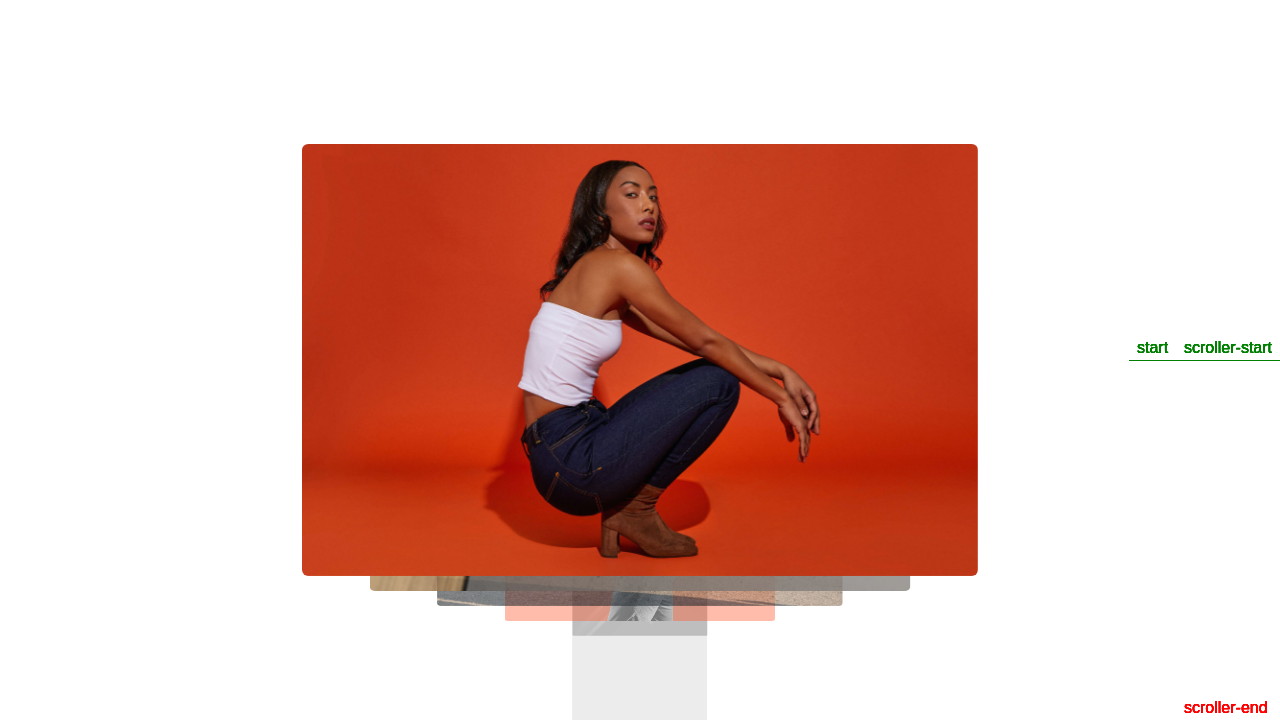
Repository: lwygold/motion
Page: layout/이미지 위로 계속 올라가는레이아웃.html
The author's editor kept a copy of each file at every save. The page is drawn from the files as they stood at one save, then again after the next save.
The browser window is 1280 px wide. The pictures show the window.
Pictures or frames that could not be fetched are drawn as grey boxes. A layer covers the whole window, so only the first screen is drawn.

Above is the page before, as saved 2023-02-20 17:38:48.

### layout/이미지 위로 계속 올라가는레이아웃.html
<!DOCTYPE html>
<html lang="ko">

<head>
    <meta http-equiv="Content-Type" content="text/html;charset=utf-8" />
    <meta name="viewport" content="width=device-width, user-scalable=no, target-densitydpi=medium-dpi" />
    <meta name="apple-mobile-web-app-capable" content="yes" />
    <meta name="format-detection" content="telephone=no" />
    <meta http-equiv="X-UA-Compatible" content="IE=edge" />
    <meta http-equiv="x-rim-auto-match" content="none" />
    <link rel="shortcut icon" href="./images/favicon.ico" />
    <link rel="stylesheet" type="text/css" href="../assets/css/slick.css" />
    <link rel="stylesheet" type="text/css" href="../assets/css/common.css" />
    <link rel="stylesheet" type="text/css" href="../assets/css/main.css" />
    <link rel="stylesheet" type="text/css" href="../assets/css/sub.css" />
    <title>테스트</title>
    <script src="../assets/js/jquery-3.3.1.min.js"></script>
    <script src="../assets/js/jquery-ui.min.js"></script>
    <script src="../assets/js/slick.min.js"></script>
    <script src="../assets/js/gsap.js"></script>
    <script src="../assets/js/gsap_scroll_trigger.js"></script>
    <script src="../assets/js/green.js"></script>
    <script src="../assets/js/common.js"></script>
    <script src="../assets/js/main.js"></script>
    <script src="../assets/js/sub.js"></script>
</head>

<style>
    section {
        width: 100vw;
        height: 100vh;
    }

    section ul {
        align-items: center;
        display: flex;
        height: 100%;
        justify-content: center;
        left: 0;
        position: fixed;
        top: 0;
        width: 100%;
        max-height: 100vh;
    }

    section ul li {
        border-radius: 0.4861111111vw;
        cursor: pointer;
        height: 60vh;
        overflow: hidden;
        position: absolute;
        -webkit-transform-origin: bottom;
        transform-origin: bottom;
        width: 52.7777777744vw;
        will-change: transform, opacity;
    }



    section ul li:nth-child(1) {
        z-index: 5;
    }

    section ul li:nth-child(2) {
        z-index: 4;
    }

    section ul li:nth-child(3) {
        z-index: 3;
    }

    section ul li:nth-child(4) {
        z-index: 2;
    }

    section ul li:nth-child(5) {
        z-index: 1;
    }


    section ul li div {
        height: 100%;
        -webkit-transform: none;
        transform: none;
        transition: -webkit-transform 1.2s cubic-bezier(.165, .84, .44, 1);
        transition: transform 1.2s cubic-bezier(.165, .84, .44, 1);
        transition: transform 1.2s cubic-bezier(.165, .84, .44, 1), -webkit-transform 1.2s cubic-bezier(.165, .84, .44, 1);
        width: 100%;
        will-change: transform;
    }

    section ul li div img {
        height: 100%;
        -o-object-fit: cover;
        object-fit: cover;
        -o-object-position: center;
        object-position: center;
        width: 100%;
        -webkit-transform: none;
        transform: none;
        -webkit-transform-origin: center;
        transform-origin: center;
        transition: -webkit-transform 1.6s cubic-bezier(.165, .84, .44, 1);
        transition: transform 1.6s cubic-bezier(.165, .84, .44, 1);
        transition: transform 1.6s cubic-bezier(.165, .84, .44, 1), -webkit-transform 1.6s cubic-bezier(.165, .84, .44, 1);
        width: 100%;
        will-change: transform;
    }

    section ul li div img:hover {
        -webkit-transform: scale(1.1);
        transform: scale(1.1);
    }
</style>

<body>

    <section class="s1">
        <ul>
            <li class="panel s1-1 panel_first">
                <div>
                    <img src="./images/1.jpg" alt="">
                </div>
            </li>
            <li class="panel s1-2">
                <div>
                    <img src="./images/2.jpg" alt="">
                </div>
            </li>
            <li class="panel s1-3">
                <div>
                    <img src="./images/3.jpg" alt="">
                </div>
            </li>
            <li class="panel s1-4">
                <div>
                    <img src="./images/4.jpg" alt="">
                </div>
            </li>
            <li class="panel s1-5">
                <div>
                    <img src="./images/5.jpg" alt="">
                </div>
            </li>
            <li class="panel s1-6">
                <div>
                    <img src="./images/6.jpg" alt="">
                </div>
            </li>
            <li class="panel s1-7">
                <div>
                    <img src="./images/6.jpg" alt="">
                </div>
            </li>
        </ul>
    </section>


    <script>

        const $ul = $('ul');
        const $li = $('ul li');
        const li_cnt = $('ul li').length;

        $li.each((i, e) => {
            $(e).css("transform", "translateY(" + i * 15 + "px) scale(" + (1 - (0.1 * (i * (2)))) + ")");
            $(e).css("opacity", 1 - (0.1 * (i * (2))));
            $(e).attr("filter", "grayscale(" + i * 33 + "%);");
        });



        $(function () {

            gsap.registerPlugin(ScrollTrigger);

            let panels = gsap.utils.toArray(".panel");

            let tl1 = gsap.timeline({
                scrollTrigger: {
                    trigger: $ul,
                    start: "center center",
                    end: () => innerHeight * 3,
                    pin: true,
                    scrub: true,
                    markers: true,
                }
            });

            let tl2 = gsap.timeline({
                scrollTrigger: {
                    trigger: 'section',
                    start: "center center",
                    end: () => innerHeight * 1.5,
                    scrub: true,
                    markers: true,
                }
            });

            let tl3 = gsap.timeline({
                scrollTrigger: {
                    trigger: 'section',
                    start: "center center",
                    end: () => innerHeight * 1.5,
                    scrub: true,
                    markers: true,
                }
            });

            let tl4 = gsap.timeline({
                scrollTrigger: {
                    trigger: 'section',
                    start: "center center",
                    end: () => innerHeight * 1.5,
                    scrub: true,
                    markers: true,
                }
            });

            let tl5 = gsap.timeline({
                scrollTrigger: {
                    trigger: 'section',
                    start: "center center",
                    end: () => innerHeight * 1.5,
                    scrub: true,
                    markers: true,
                }
            });

            let tl6 = gsap.timeline({
                scrollTrigger: {
                    trigger: 'section',
                    start: "center center",
                    end: () => innerHeight * 2,
                    scrub: true,
                    markers: true,
                }
            });

            panels.forEach((panel, i) => {

                tl1.to(panel, {
                    yPercent: -150,
                });

                tl2.to('section ul li:nth-child('+(i+1)+')', {
                    y:0,
                    opacity:1,
                    scale: 1,
                });

                tl3.to('section ul li:nth-child('+(i+2)+')', {
                    y: 15+"px",
                    opacity:0.8,
                    scale: 0.8,
                });

                tl4.to('section ul li:nth-child('+(i+3)+')', {
                    y: 30+"px",
                    opacity:0.6,
                    scale: 0.6,
                });

                tl5.to('section ul li:nth-child('+(i+4)+')', {
                    y: 45+"px",
                    opacity:0.4,
                    scale: 0.4,
                });

                tl6.to('section ul li:nth-child('+(i+5)+')', {
                    y: 60+"px",
                    opacity:0.2,
                    scale: 0.2,
                });


            });
















        });

    </script>
</body>

</html>

### assets/css/common.css
@charset "utf-8";

@font-face {
  font-family: "NotoSansKR";
  font-style: normal;
  font-weight: 100;
  src: url(fonts/NotoSansKR-ExtraLight.woff) format("woff");
}

@font-face {
  font-family: "NotoSansKR";
  font-style: normal;
  font-weight: 200;
  src: url(fonts/NotoSansKR-Light.woff) format("woff");
}

@font-face {
  font-family: "NotoSansKR";
  font-style: normal;
  font-weight: 300;
  src: url(fonts/NotoSansKR-DemiLight.woff) format("woff");
}

@font-face {
  font-family: "NotoSansKR";
  font-style: normal;
  font-weight: 400;
  src: url(fonts/NotoSansKR-Regular.woff) format("woff");
}

@font-face {
  font-family: "NotoSansKR";
  font-style: normal;
  font-weight: 500;
  src: url(fonts/NotoSansKR-Medium.woff) format("woff");
}

@font-face {
  font-family: "NotoSansKR";
  font-style: normal;
  font-weight: 600;
  src: url(fonts/NotoSansKR-Bold.woff) format("woff");
}

@font-face {
  font-family: "NotoSansKR";
  font-style: normal;
  font-weight: 700;
  src: url(fonts/NotoSansKR-Bold-Hestia.woff) format("woff");
}

@font-face {
  font-family: "NotoSansKR";
  font-style: normal;
  font-weight: 800;
  src: url(fonts/NotoSansKR-Black-Hestia.woff) format("woff");
}

@font-face {
  font-family: "Montserrat";
  font-style: normal;
  font-weight: 100;
  src: url(fonts/Montserrat-ExtraLight.woff) format("woff");
}

@font-face {
  font-family: "Montserrat";
  font-style: normal;
  font-weight: 200;
  src: url(fonts/Montserrat-Light.woff) format("woff");
}

@font-face {
  font-family: "Montserrat";
  font-style: normal;
  font-weight: 300;
  src: url(fonts/Montserrat-Regular.woff) format("woff");
}

@font-face {
  font-family: "Montserrat";
  font-style: normal;
  font-weight: 400;
  src: url(fonts/Montserrat-Regular.woff) format("woff");
}

@font-face {
  font-family: "Montserrat";
  font-style: normal;
  font-weight: 500;
  src: url(fonts/Montserrat-Medium.woff) format("woff");
}

@font-face {
  font-family: "Montserrat";
  font-style: normal;
  font-weight: 600;
  src: url(fonts/Montserrat-Bold.woff) format("woff");
}

@font-face {
  font-family: "Montserrat";
  font-style: normal;
  font-weight: 700;
  src: url(fonts/Montserrat-ExtraBold.woff) format("woff");
}

@font-face {
  font-family: "Montserrat";
  font-style: normal;
  font-weight: 800;
  src: url(fonts/Montserrat-ExtraBlack.woff) format("woff");
}

@font-face {
  font-family: "Saira";
  font-style: normal;
  font-weight: 100;
  src: url(fonts/Saira-ExtraLight.woff) format("woff");
}

@font-face {
  font-family: "Saira";
  font-style: normal;
  font-weight: 200;
  src: url(fonts/Saira-Light.woff) format("woff");
}

@font-face {
  font-family: "Saira";
  font-style: normal;
  font-weight: 300;
  src: url(fonts/Saira-Regular.woff) format("woff");
}

@font-face {
  font-family: "Saira";
  font-style: normal;
  font-weight: 400;
  src: url(fonts/Saira-Regular.woff) format("woff");
}

@font-face {
  font-family: "Saira";
  font-style: normal;
  font-weight: 500;
  src: url(fonts/Saira-Medium.woff) format("woff");
}

@font-face {
  font-family: "Saira";
  font-style: normal;
  font-weight: 600;
  src: url(fonts/Saira-Bold.woff) format("woff");
}

@font-face {
  font-family: "Saira";
  font-style: normal;
  font-weight: 700;
  src: url(fonts/Saira-ExtraBold.woff) format("woff");
}

@font-face {
  font-family: "Saira";
  font-style: normal;
  font-weight: 800;
  src: url(fonts/Saira-Black.woff) format("woff");
}

@font-face {
  font-family: "NanumSquare";
  font-style: normal;
  font-weight: 200;
  src: url(fonts/NanumSquareL.woff) format("woff");
}

@font-face {
  font-family: "NanumSquare";
  font-style: normal;
  font-weight: 400;
  src: url(fonts/NanumSquareR.woff) format("woff");
}

@font-face {
  font-family: "NanumSquare";
  font-style: normal;
  font-weight: 600;
  src: url(fonts/NanumSquareB.woff) format("woff");
}

@font-face {
  font-family: "NanumSquare";
  font-style: normal;
  font-weight: 700;
  src: url(fonts/NanumSquareEB.woff) format("woff");
}

@font-face {
  font-family: "play";
  font-style: normal;
  font-weight: 400;
  src: url(fonts/Play-Regular.woff) format("woff");
}

@font-face {
  font-family: "play";
  font-style: normal;
  font-weight: 600;
  src: url(fonts/Play-Bold.woff) format("woff");
}

@font-face {
  font-family: "Lovelace";
  font-style: normal;
  font-weight: 100;
  src: url(fonts/Lovelace-ExtraLight.woff) format("woff");
}

@font-face {
  font-family: "Lovelace";
  font-style: normal;
  font-weight: 200;
  src: url(fonts/Lovelace-Light.woff) format("woff");
}

@font-face {
  font-family: "Lovelace";
  font-style: normal;
  font-weight: 400;
  src: url(fonts/Lovelace-Regular.woff) format("woff");
}

@font-face {
  font-family: "Lovelace";
  font-style: normal;
  font-weight: 500;
  src: url(fonts/Lovelace-Medium.woff) format("woff");
}

@font-face {
  font-family: "Lovelace";
  font-style: normal;
  font-weight: 600;
  src: url(fonts/Lovelace-Bold.woff) format("woff");
}

@font-face {
  font-family: "Lovelace";
  font-style: normal;
  font-weight: 700;
  src: url(fonts/Lovelace-ExtraBold.woff) format("woff");
}

* {
  font-family: "NotoSansKR";
  box-sizing: border-box;
}

/* 여백 초기화 */
html,
body,
div,
span,
object,
iframe,
h1,
h2,
h3,
h4,
h5,
h6,
p,
blockquote,
pre,
abbr,
address,
cite,
code,
del,
dfn,
em,
img,
ins,
kbd,
q,
samp,
small,
strong,
sub,
sup,
var,
b,
i,
dl,
dt,
dd,
ol,
ul,
li,
fieldset,
form,
label,
legend,
table,
caption,
tbody,
tfoot,
thead,
tr,
th,
td,
article,
aside,
canvas,
details,
figcaption,
figure,
footer,
header,
hgroup,
menu,
nav,
section,
summary,
time,
mark,
audio,
video {
  margin: 0;
  padding: 0;
  border: 0;
  outline: 0;
  font-size: 100%;
  vertical-align: baseline;
  background: transparent;
}

* {
  -webkit-text-size-adjust: none;
  -moz-text-size-adjust: none;
  -ms-text-size-adjust: none;
}

html,
body {
  position: relative;
  margin: 0 auto;
  height: 100%;
  width: 100%;
}

body {
  line-height: 1;
}

article,
aside,
details,
figcaption,
figure,
footer,
header,
hgroup,
menu,
nav,
section {
  display: block;
}

ul,
li {
  list-style: none;
}

blockquote,
q {
  quotes: none;
}

blockquote:before,
blockquote:after,
q:before,
q:after {
  content: "";
  content: none;
}

a {
  margin: 0;
  padding: 0;
  color: #000;
  font-size: 100%;
  text-decoration: none;
  vertical-align: baseline;
  background: transparent;
}

del {
  text-decoration: line-through;
}

abbr[title],
dfn[title] {
  border-bottom: 1px dotted;
  cursor: help;
}

table {
  border-collapse: collapse;
  border-spacing: 0;
}

/* change border colour to suit your needs */

hr {
  display: block;
  height: 1px;
  border: 0;
  border-top: 1px solid #cccccc;
  margin: 1em 0;
  padding: 0;
}

input,
select {
  vertical-align: middle;
}

/*-------------------------------------------------------------------
    @input style
-------------------------------------------------------------------*/

button {
  -webkit-appearance: none;
  appearance: none;
  -webkit-border-radius: 0;
  border-radius: 0;
}

input[type="button"],
input[type="reset"],
input[type="text"],
input[type="password"],
input[type="submit"],
input[type="search"],
input[type="tel"],
input[type="email"] {
  -webkit-appearance: none;
  appearance: none;
  -webkit-border-radius: 0;
  border-radius: 0;
  font-size: 16px;
}

/*-------------------------------------------------------------------
    @select
-------------------------------------------------------------------*/
select {
  font-family: "Noto Sans KR";
  font-size: 19px;
  -webkit-appearance: none;
  -moz-appearance: none;
  appearance: none;
  background-image: url(../images/sl_btn.png);
  background-repeat: no-repeat;
  background-position: 93% 50%;
  background-size: 15px;
  background-color: #fff;
  border: none;
  width: 100%;
}

/*-------------------------------------------------------------------
    @select IE10,11의 네이티브 화살표 숨기기
-------------------------------------------------------------------*/
select::-ms-expand {
  display: none;
}

/*-------------------------------------------------------------------
    @clearfix
-------------------------------------------------------------------*/
.clearfix {
  *zoom: 1;
}

.clearfix:before,
.clearfix:after {
  display: block;
  content: "";
  line-height: 0;
}

.clearfix:after {
  clear: both;
}

.fl {
  float: left;
}

.fr {
  float: right;
}

/*-------------------------------------------------------------------
    @공통서브
-------------------------------------------------------------------*/

section {
  box-sizing: border-box;
  overflow: hidden;
  position: relative;
  width: 100%;
  max-width: 1920px;
  margin: 0 auto;
}

.inner {
  width: 100%;
  max-width: 1280px;
  padding: 0px 40px;
  box-sizing: border-box;
}

/* 가로 양옆으로  */
.flex__lrc,
.flex__lrc2 {
  display: flex;
  flex-direction: row;
  flex-wrap: wrap;
  justify-content: space-between;
  align-items: center;
}

.flex__lrt,
.flex__lrt2 {
  display: flex;
  flex-direction: row;
  flex-wrap: wrap;
  justify-content: space-between;
  align-items: flex-start;
}

.flex__lrb,
.flex__lrb2 {
  display: flex;
  flex-direction: row;
  flex-wrap: wrap;
  justify-content: space-between;
  align-items: flex-end;
}

/* 가로 가운데 새로 가운데 */
.flex__cc,
.flex__cc1,
.flex__cc2 {
  display: flex;
  flex-direction: row;
  flex-wrap: wrap;
  justify-content: center;
  align-items: center;
}

.flex__lrc2 > div,
.flex__lrt2 > div,
.flex__lrb2 > div,
.flex__cc2 > div {
    width: 50%;
}

.h100 {
    height: 100%;
}

.w100 {
    width: 100%;
}

.row2,
.row3,
.row4,
.row5 {
    display: flex;
    flex-direction: row;
    flex-wrap: wrap;
}

.row2 > .col {
    width: 50%;
}

.row3 > .col {
    width: 33.33%;
}

.row4 > .col {
    width: 25%;
}

.row5 > .col {
    width: 20%;
}


@media only screen and (max-width: 640px) {
}

### assets/css/main.css
body {
 font-size:0;
}


section.section4 {
 height: 400vh;
}

.header-section {
 padding: 0 15px;
 text-align: center;
 margin: 0;
 height: 100vh;
 color: #000;
 font-size: 35px;
 display: flex;
 align-items: center;
 justify-content: center;
}

.nav {
 display: flex;
 position: fixed;
 right:100px;
 top:50%;
 transform: translateY(-50%);
 z-index: 11;
}

.nav > div {
 position: relative;
 width: 2px;
 height: 55px;
 background: transparent;
 z-index: 1;
}

.nav > div:after {
 content:'';
 position: absolute;
 left:0;
 top:0;
 width:3px;
 height: 55px;
 background: rgba(255,255,255, 0.3);
 z-index: 2;
}

.nav div > div {
 position: absolute;
 left:0;
 top:0;
 width:2px;
 height:0;
 background: #fff;
}


.gridBlock {
 opacity: 0;
}


/* Grid almost fully pulled from https://www.rino-pelle.com/ */
.grid-container {
 width: 100vw;
 height: 400vh;
 position: relative;
}
.grid {
 top: 0;
 left: 0;
 z-index: 1;
 width: 70vw;
 height: 60vw;
 margin: 0 calc(100vw / 20 * 3);
 position: absolute;

}
@media only screen and (max-width: 580px) {
 .grid {
 margin: 0;
 width: 100vw;
 height: 89.444vw;
}
}
.gridBlock {
 background-size: cover;
 background-color: darkgray;
}
.gridLayer {
 top: 0;
 left: 0;
 width: 100%;
 height: 100%;
 position: absolute;
 will-change: transform;
 transform-origin: 44.951% 50%;
}
.gridLayer:nth-child(1) .gridBlock {
 top: 5vw;
 left: 20vw;
 width: 10vw;
 height: 10vw;
}
@media only screen and (max-width: 580px) {
 .gridLayer:nth-child(1) .gridBlock {
 top: 11.111vw;
 left: 23.889vw;
 width: 15vw;
 height: 15vw;
}
}
.gridLayer:nth-child(2) .gridBlock {
 top: 0;
 left: 32.5vw;
 width: 15vw;
 height: 15vw;
}
@media only screen and (max-width: 580px) {
 .gridLayer:nth-child(2) .gridBlock {
 top: 0;
 left: 43.333vw;
 width: 26.389vw;
 height: 26.389vw;
}
}
.gridLayer:nth-child(3) .gridBlock {
 left: 0;
 top: 25vw;
 width: 15vw;
 height: 15vw;
}
@media only screen and (max-width: 580px) {
 .gridLayer:nth-child(3) .gridBlock {
 top: 30.278vw;
 left: 0;
 width: 26.389vw;
 height: 26.389vw;
}
}
.gridLayer:nth-child(4) .gridBlock {
 top: 17.5vw;
 left: 17.5vw;
 width: 30vw;
 height: 30vw;
}
@media only screen and (max-width: 580px) {
 .gridLayer:nth-child(4) .gridBlock {
 top: 30.278vw;
 left: 30.278vw;
 width: 39.444vw;
 height: 39.444vw;
}
}
.gridLayer:nth-child(5) {
 z-index: 1;
}
.gridLayer:nth-child(5) .gridBlock {
 top: 20vw;
 left: 50vw;
 width: 5vw;
 height: 5vw;
}
@media only screen and (max-width: 580px) {
 .gridLayer:nth-child(5) .gridBlock {
 top: 23.889vw;
 left: 73.889vw;
 width: 15.278vw;
 height: 15.278vw;
}
}
.gridLayer:nth-child(5) a {
 height: 100%;
 display: flex;
 align-items: center;
 justify-content: center;
}
.gridLayer:nth-child(5) svg {
 width: 1.75vw;
}
@media only screen and (max-width: 580px) {
 .gridLayer:nth-child(5) svg {
 width: 4.722vw;
}
}
.gridLayer:nth-child(6) .gridBlock {
 left: 50vw;
 top: 27.5vw;
 width: 20vw;
 height: 20vw;
}
@media only screen and (max-width: 580px) {
 .gridLayer:nth-child(6) .gridBlock {
 top: 43.889vw;
 left: 73.889vw;
 width: 26.389vw;
 height: 26.389vw;
}
}
.gridLayer:nth-child(7) .gridBlock {
 left: 10vw;
 top: 42.5vw;
 width: 5vw;
 height: 5vw;
}
@media only screen and (max-width: 580px) {
 .gridLayer:nth-child(7) .gridBlock {
 display: none;
}
}
.gridLayer:nth-child(8) .gridBlock {
 bottom: 5vw;
 left: 42.5vw;
 width: 5vw;
 height: 5vw;
}
@media only screen and (max-width: 580px) {
 .gridLayer:nth-child(8) .gridBlock {
 display: none;
}
}
.gridLayer:nth-child(9) .gridBlock {
 bottom: 0;
 left: 50vw;
 width: 10vw;
 height: 10vw;
}
@media only screen and (max-width: 580px) {
 .gridLayer:nth-child(9) .gridBlock {
 top: 73.889vw;
 left: 58.889vw;
 width: 15.278vw;
 height: 15.278vw;
}
}
.gridBlock {
 display: block;
 position: absolute;
}



@media only screen and (max-width: 640px) {

}

### assets/css/sub.css

@media only screen and (max-width: 640px) {

}

### assets/js/common.js
var clickType = "click";
if ("ontouchstart" in document.documentElement) {
    clickType = "touchstart";
}
$(function () {

})

### assets/js/main.js
$(function () {



});

### assets/js/sub.js
$(function () {

})

Loaded but not shown: assets/css/slick.css (common file); assets/js/jquery-3.3.1.min.js (library); assets/js/jquery-ui.min.js (library); assets/js/slick.min.js (library); assets/js/gsap.js (library); assets/js/gsap_scroll_trigger.js (library); assets/js/green.js (187 lines, source omitted)

After the next save:
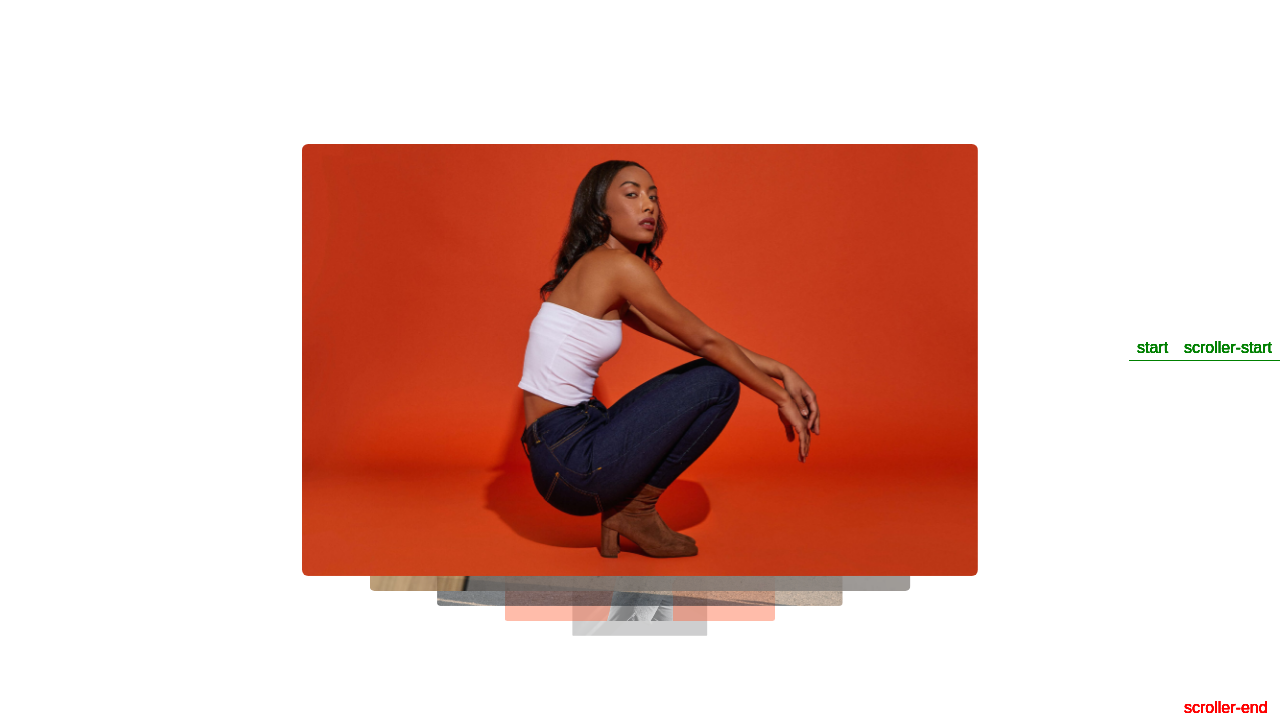
Saved 90 s later.
--- a/layout/이미지 위로 계속 올라가는레이아웃.html
+++ b/layout/이미지 위로 계속 올라가는레이아웃.html
@@ -243,37 +243,37 @@
                     yPercent: -150,
                 });
 
-                tl2.to('section ul li:nth-child('+(i+1)+')', {
-                    y:0,
-                    opacity:1,
-                    scale: 1,
-                });
-
-                tl3.to('section ul li:nth-child('+(i+2)+')', {
-                    y: 15+"px",
-                    opacity:0.8,
-                    scale: 0.8,
-                });
-
-                tl4.to('section ul li:nth-child('+(i+3)+')', {
-                    y: 30+"px",
-                    opacity:0.6,
-                    scale: 0.6,
-                });
-
-                tl5.to('section ul li:nth-child('+(i+4)+')', {
-                    y: 45+"px",
-                    opacity:0.4,
-                    scale: 0.4,
-                });
-
-                tl6.to('section ul li:nth-child('+(i+5)+')', {
-                    y: 60+"px",
-                    opacity:0.2,
-                    scale: 0.2,
-                });
-
-
+
+            });
+
+            tl2.to('section ul li:nth-child(2)', {
+                y:0,
+                opacity:1,
+                scale: 1,
+            });
+
+            tl2.to('section ul li:nth-child(3)', {
+                y: 15+"px",
+                opacity:0.8,
+                scale: 0.8,
+            });
+
+            tl2.to('section ul li:nth-child(4)', {
+                y: 30+"px",
+                opacity:0.6,
+                scale: 0.6,
+            });
+
+            tl2.to('section ul li:nth-child(5)', {
+                y: 45+"px",
+                opacity:0.4,
+                scale: 0.4,
+            });
+
+            tl2.to('section ul li:nth-child(6)', {
+                y: 60+"px",
+                opacity:0.2,
+                scale: 0.2,
             });
 
 
